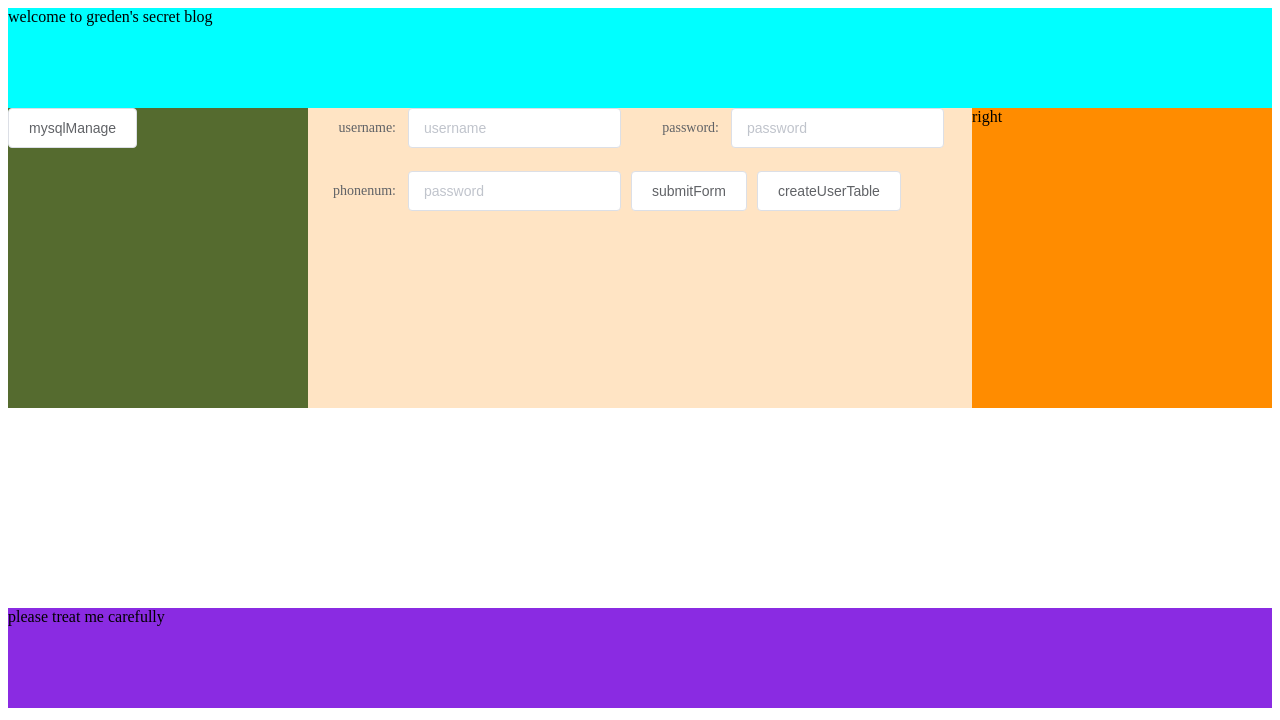
Repository: greden0814/myBlog
Page: /
An editor plug-in stored every save of this project. The page is shown before and after the next save, followed by the edit.
The browser window is 1280 px wide. The pictures show the whole page.
The project was rebuilt for these pictures with package versions that can differ from the ones it lists, and the page was loaded fresh each time.

Above is the page before, as saved 2021-07-15 20:35:43.

After the next save:
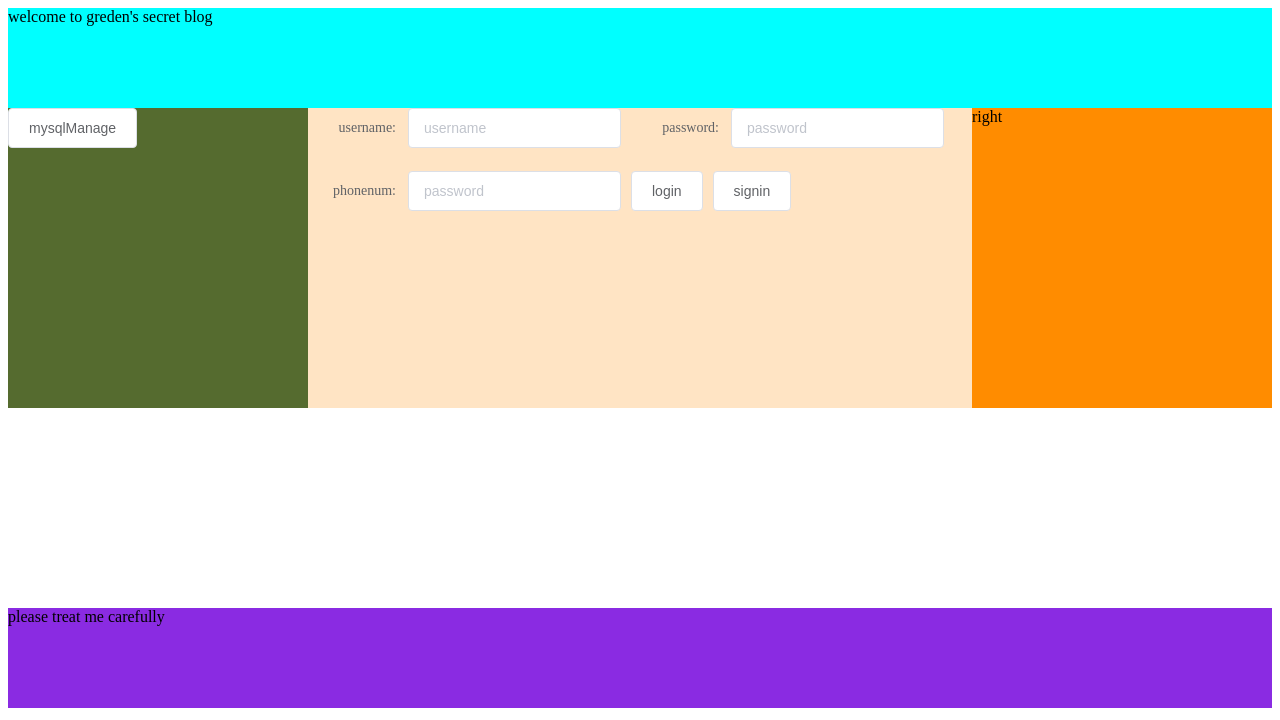
Saved 3 min 38 s later.
--- a/src/views/login/index.vue
+++ b/src/views/login/index.vue
@@ -19,13 +19,16 @@
           <el-form-item label="phonenum: ">
             <el-input v-model="ruleForm.phonenum" placeholder="password" />
           </el-form-item>
-          <el-button @click="submitForm">submitForm</el-button>
-          <el-button @click="createUserTable">createUserTable</el-button>
+          <el-button @click="submitForm">login</el-button>
+          <el-button @click="createUserTable">signin</el-button>
         </el-form>
         {{ submit }}
       </div>
     </div>
     <div class="footer">please treat me carefully</div>
+    <el-dialog>
+
+    </el-dialog>
   </div>
 </template>
 
@@ -62,27 +65,6 @@ export default {
       }).then((res) => {
         console.log(res);
         this.submit = "already submit";
-      });
-    },
-    createUserTable() {
-      this.submit = "already submit";
-      this.$axios({
-        method: "get",
-        xhrFields: {
-          withCredentials: true,
-        },
-        headers: {
-          // "Content-Type" : 'application/x-www-form-urlencoded'
-          "Content-Type": "application/json",
-        },
-        // data: {
-        //   username: this.ruleForm.username,
-        //   password: this.ruleForm.password,
-        //   phonenum: this.ruleForm.phonenum,
-        // },
-        url: "http://localhost:3000/api/createusertable",
-      }).then((res) => {
-        console.log(res);
       });
     },
     turnToManage() {
